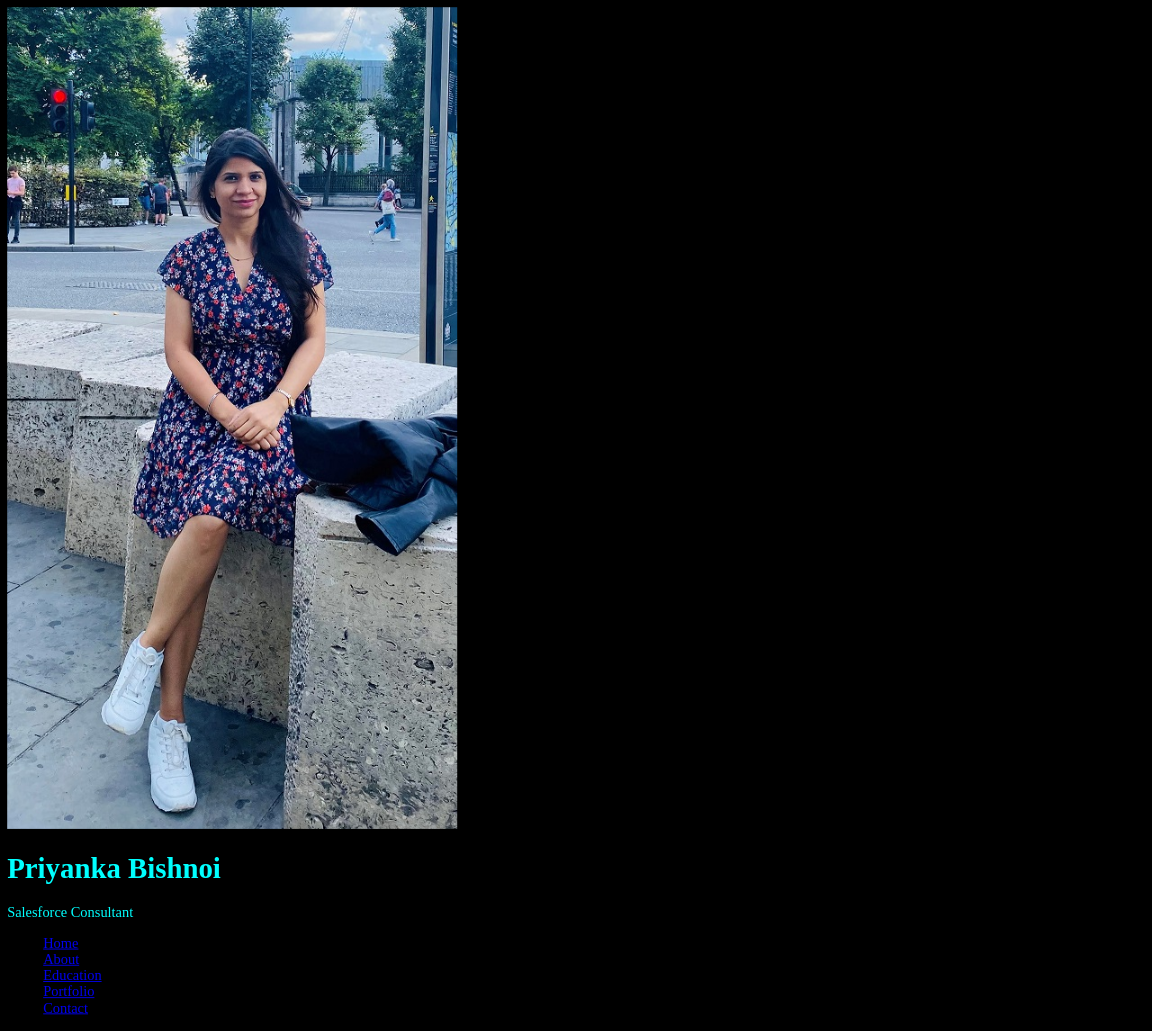
Repository: priyanka-bishnoi/PortfolioPage
Page: MyPage.html
An editor plug-in stored every save of this project. The page is shown before and after the next save, followed by the edit.
The browser window is 1280 px wide. The pictures show the whole page, at 90% of full size.

Above is the page before, as saved 2022-10-07 00:09:17.
Not found: css/style.css

### MyPage.html
<!DOCTYPE html>
<html>
<head>
    <link rel="stylesheet" href="css/style.css">
<style>
body {
  background-color: black;
}
</style>
</head>
<body>
<header>
    <div class= "user">
        <img src="Background.jpg"/>
        <h1 class="name" style="color:aqua">Priyanka Bishnoi</h1>
        <p class="post" style="color:aqua">Salesforce Consultant</p>
    </div>

    <nav class="navBar">
        <ul>
            <li> <a href="#home">Home</a></li>
            <li> <a href="#about">About</a></li>
            <li> <a href="#education">Education</a></li>
            <li> <a href="#portfolio">Portfolio</a></li>
            <li> <a href="#contact">Contact</a></li>

        </ul>


    </nav>


</header>
</body>
</html>

After the next save:
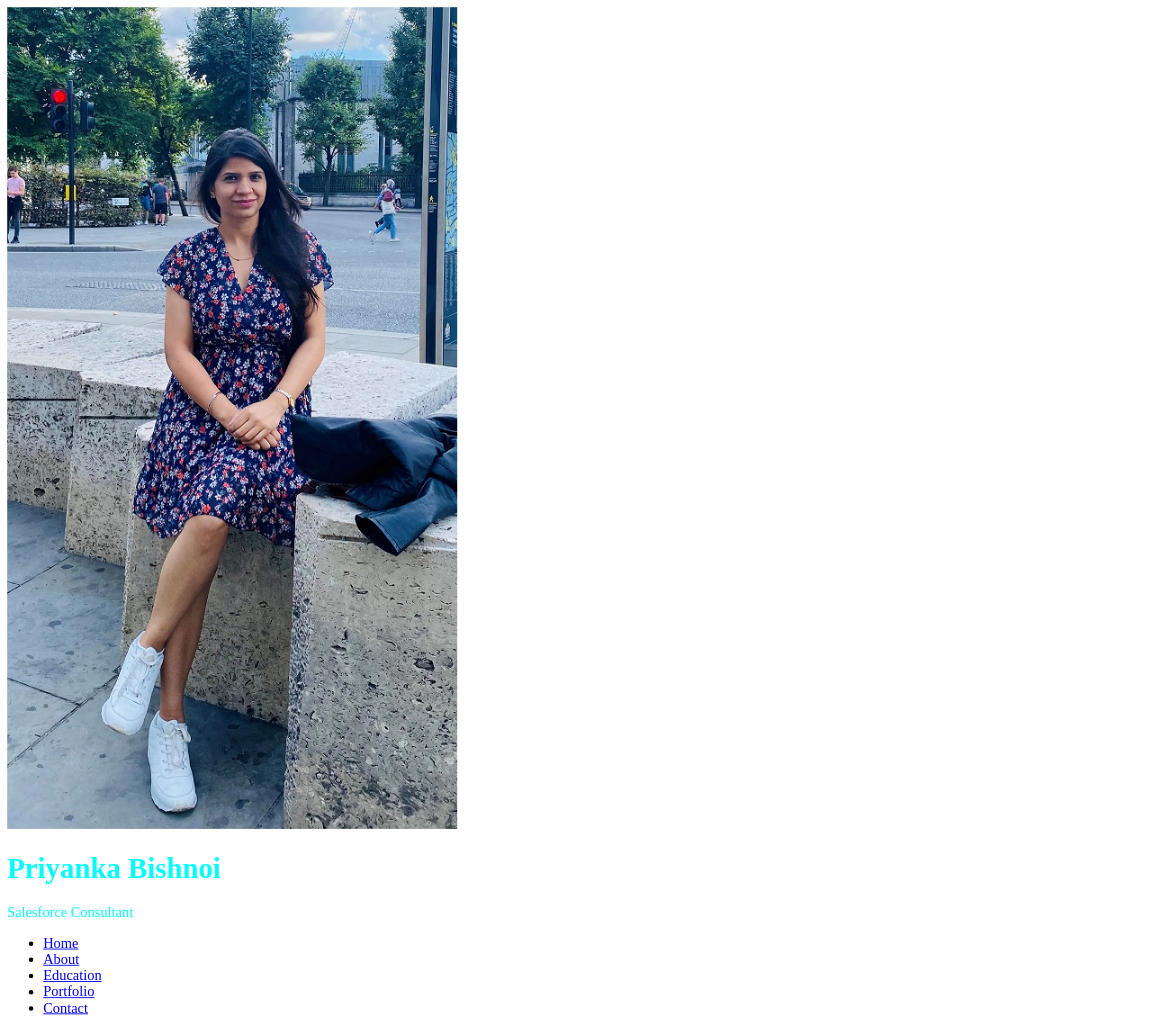
Saved 19 s later.
--- a/MyPage.html
+++ b/MyPage.html
@@ -4,7 +4,7 @@
     <link rel="stylesheet" href="css/style.css">
 <style>
 body {
-  background-color: black;
+ // background-color: black;
 }
 </style>
 </head>

After the save that followed:
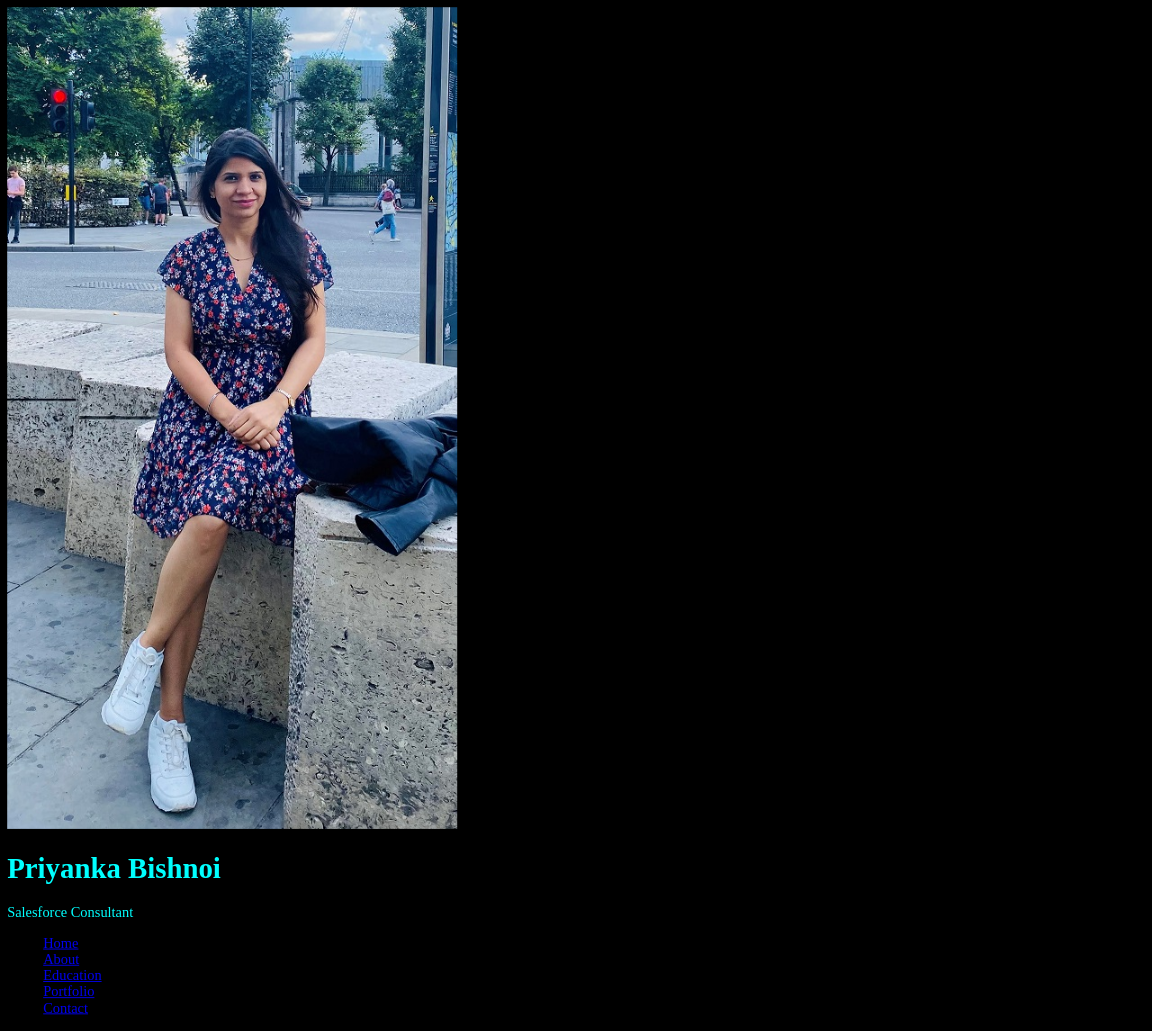
Saved 3 min 14 s later.
--- a/MyPage.html
+++ b/MyPage.html
@@ -4,7 +4,7 @@
     <link rel="stylesheet" href="css/style.css">
 <style>
 body {
- // background-color: black;
+  background-color: black;
 }
 </style>
 </head>
